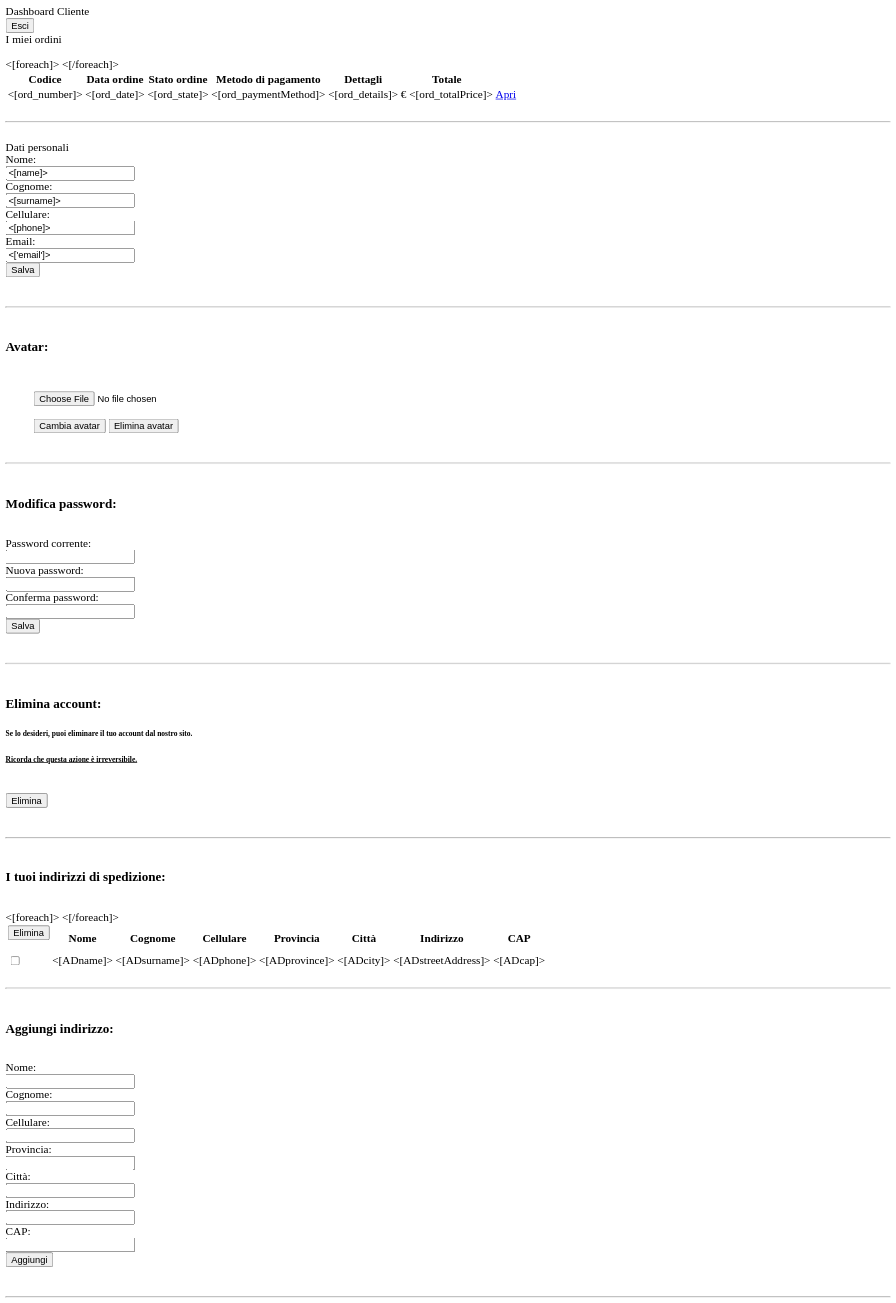
Repository: i4c0ni99/MotorShop
Page: skins/motor-html-package/motor/profile.html
These files come from the project's save history. The page is drawn as it stood at one moment and after the next save; the edit follows.
The browser window is 1280 px wide. The pictures show the whole page, at 70% of full size.

Above is the page before, as saved 2024-09-29 16:10:47.

After the next save:
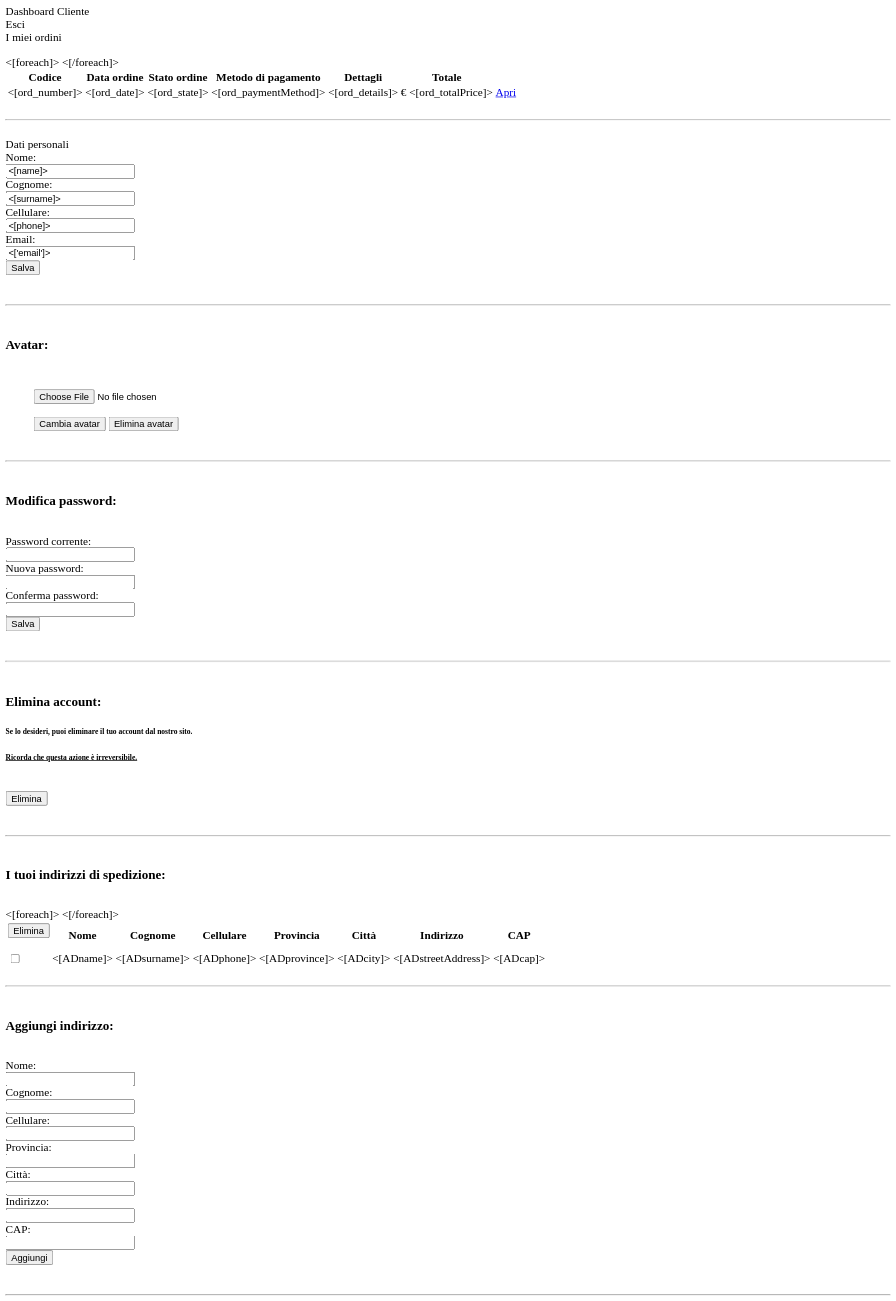
Saved 6 min 19 s later.
--- a/skins/motor-html-package/motor/profile.html
+++ b/skins/motor-html-package/motor/profile.html
@@ -13,7 +13,7 @@
     <section class="mv-main-body checkout-main mv-bg-gray mv-wrap">
         <div class="container">
 
-            <button class = .mv-btn-style-1.responsive-btn-1-type-5 action = "logout.php"> Esci </button>
+            <div class = .mv-btn-style-1.responsive-btn-1-type-5 action = "logout.php"> Esci </div>
 
             <div class="checkout-block block-billing-address mv-mb-50">
                 <div class="mv-form-style-2 mv-box-shadow-gray-1">

After the save that followed:
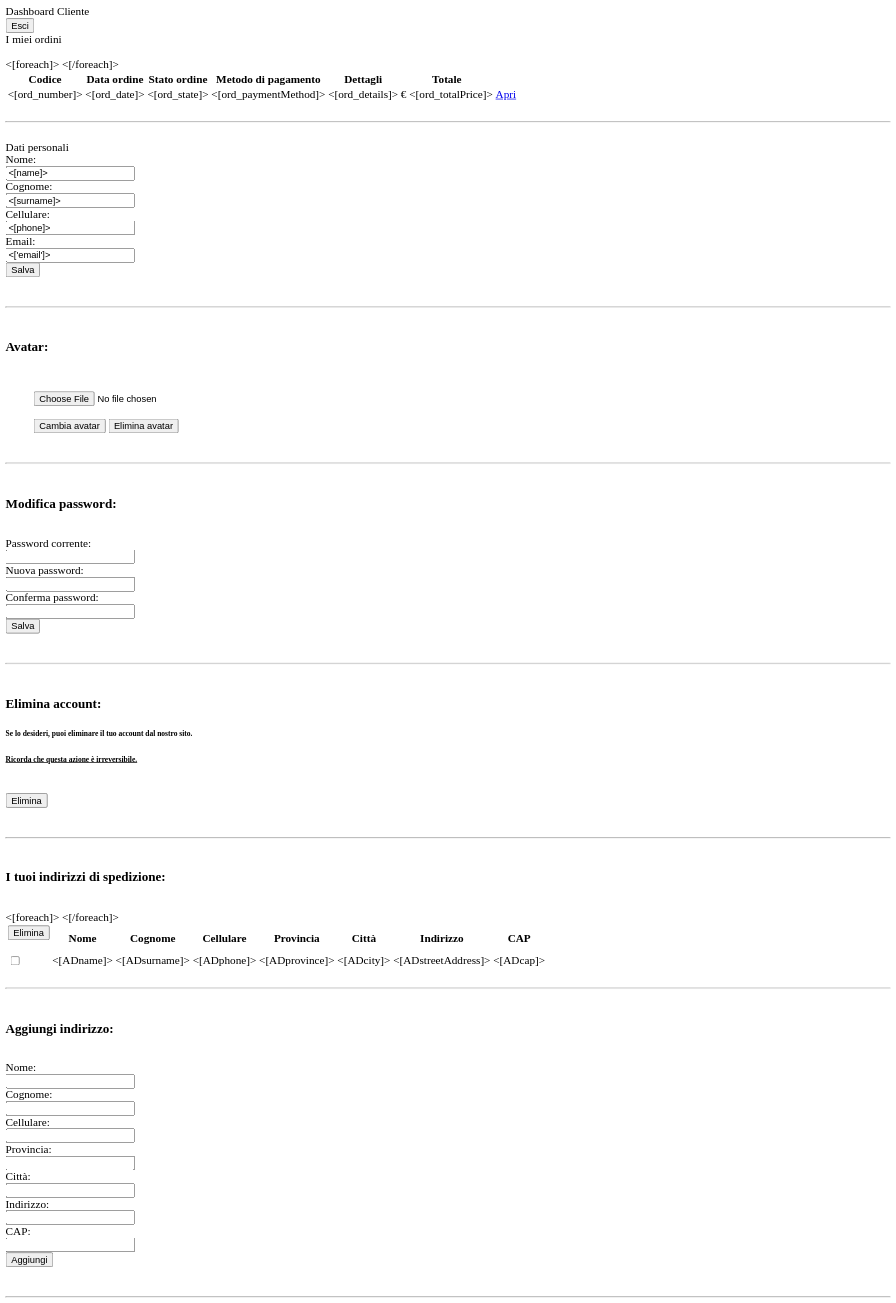
Saved 91 s later.
--- a/skins/motor-html-package/motor/profile.html
+++ b/skins/motor-html-package/motor/profile.html
@@ -13,7 +13,7 @@
     <section class="mv-main-body checkout-main mv-bg-gray mv-wrap">
         <div class="container">
 
-            <div class = .mv-btn-style-1.responsive-btn-1-type-5 action = "logout.php"> Esci </div>
+            <button class = .mv-btn-style-1.responsive-btn-1-type-5 action = "logout.php"> Esci </button>
 
             <div class="checkout-block block-billing-address mv-mb-50">
                 <div class="mv-form-style-2 mv-box-shadow-gray-1">
